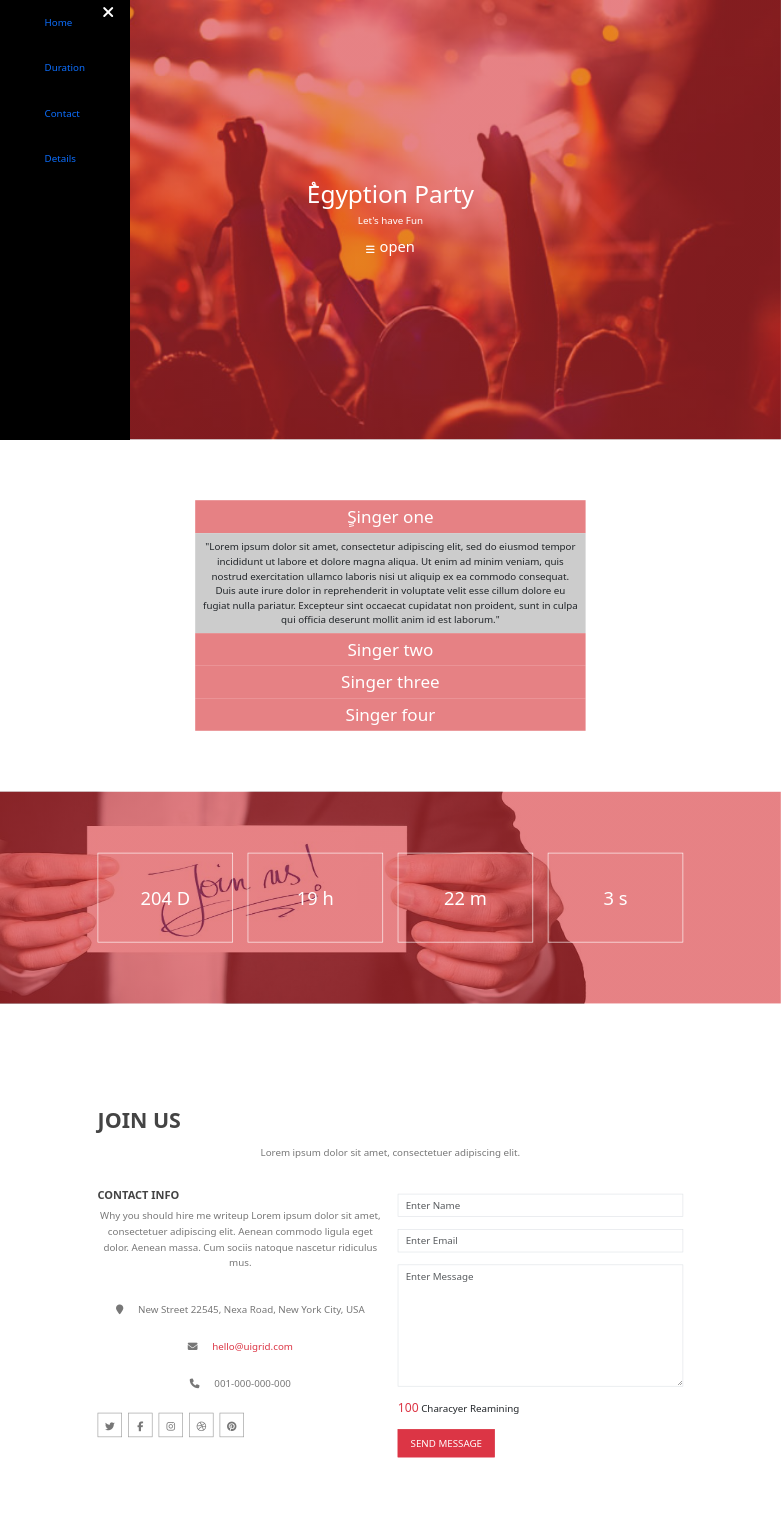
Repository: HagarYousry/jQuery
Page: index.html
These files come from the project's save history. The page is drawn as it stood at one moment and after a run of saves; the edit follows.
The browser window is 1280 px wide. The pictures show the whole page, at 61% of full size.

Above is the page before, as saved 2024-07-25 18:24:28.

### index.html
<!DOCTYPE html>
<html lang="en">

<head>
    <meta charset="UTF-8">
    <meta name="viewport" content="width=device-width, initial-scale=1.0">
    <title>Egyption party</title>
    <!-- web fonts  -->
    <link rel="stylesheet" href="css/all.min.css">
    <!-- bootstrap -->
    <link rel="stylesheet" href="css/bootstrap.min.css">
    <!-- main css -->
    <link rel="stylesheet" href="css/main.css">
</head>

<body>
    <div id="home">

            <div id="sideNav" class="bg-black">
                <ul class="list-unstyled px-5">
                    <li class="p-0 closeIcon">
                        <i class="fa-solid fa-xmark "></i>
                    </li>
                     <li ><a class="text-decoration-none sideNav-link mt-2" href="#home">Home</a></li>
                     <li ><a class="text-decoration-none sideNav-link" href="#Acordion">Duration</a></li>
                     <li ><a class="text-decoration-none sideNav-link" href="#contact">Contact</a></li>
                     <li ><a class="text-decoration-none sideNav-link" href="#count">Details</a></li>
                </ul>
            </div>

            <div class="home-title d-flex justify-content-center align-items-center flex-column vh-100 text-white">
                <h1>ُEgyption Party</h1>
                <p>Let's have Fun</p>
                <span class="d-flex align-items-center">
                    <i class=" fa-solid fa-bars"></i>
                    <h4 class="ms-2">open</h4>
                </span>
            </div>


    </div>










    <!-- ! start sideNav section -->
    <!-- <section id="sideNav">
        <div class="navAnchor bg-black">
            <ul>
                <li class="p-0 closeIcon">
                    <i class="fa-solid fa-xmark "></i>
                </li>
                 <li ><a class="sideNav-link" href="#home">Home</a></li>
                 <li ><a class="sideNav-link" href="#Acordion">Duration</a></li>
                 <li ><a class="sideNav-link" href="#contact">Contact</a></li>
                 <li ><a class="sideNav-link" href="#count">Details</a></li>
            </ul>
        </div>

        <div class="navIcon align-self-center bg-danger bg-opacity-50 m-1 text-white p-2">
            <div class="navIcon-content d-flex align-items-center">
                <i class="fa-solid fa-bars"></i>
                <h4 class="ms-2">open</h4>
            </div>
        </div>
    </section> -->
    <!--! end sideNav section -->

    <!--! start header section  -->
    <!-- <header id="home" class="d-flex justify-content-center align-items-center flex-column">
        <div class="home-content text-center text-white">
            <h1>ُEgyption Party</h1>
            <p>Let's have Fun</p>
        </div>
    </header> -->
    <!--! end header section  -->

    <!-- start Acordion section  -->
    <section id="Acordion" class="text-center">

        <div class="container-fluid w-50 ">
            <h3 class="toggle ">ٍSinger one</h3>
            <div class="inner first">"Lorem ipsum dolor sit amet, consectetur adipiscing elit, sed do eiusmod tempor
                incididunt ut labore et dolore magna aliqua. Ut enim ad minim veniam, quis nostrud exercitation ullamco
                laboris nisi ut aliquip ex ea commodo consequat. Duis aute irure dolor in reprehenderit in voluptate
                velit
                esse cillum dolore eu fugiat nulla pariatur. Excepteur sint occaecat cupidatat non proident, sunt in
                culpa
                qui officia deserunt mollit anim id est laborum."
            </div>


            <h3 class="toggle">Singer two</h3>
            <div class="inner">"Sed ut perspiciatis unde omnis iste natus error sit voluptatem accusantium doloremque
                laudantium, totam rem aperiam, eaque ipsa quae ab illo inventore veritatis et quasi architecto beatae
                vitae
                dicta sunt explicabo. Nemo enim ipsam voluptatem quia voluptas sit aspernatur aut odit aut fugit, sed
                quia
                consequuntur magni dolores eos qui ratione voluptatem sequi nesciunt. Neque porro quisquam est, qui
                dolorem
                ipsum quia dolor sit amet, consectetur, adipisci velit, sed quia non numquam eius modi tempora incidunt
                ut
                labore et dolore magnam aliquam quaerat voluptatem. Ut enim ad minima veniam, quis nostrum
                exercitationem
                ullam corporis suscipit laboriosam, nisi ut aliquid ex ea commodi consequatur? Quis autem vel eum iure
                reprehenderit qui in ea voluptate velit esse quam nihil molestiae consequatur, vel illum qui dolorem eum
                fugiat quo voluptas nulla pariatur?"
            </div>


            <h3 class="toggle">Singer three</h3>
            <div class="inner">"But I must explain to you how all this mistaken idea of denouncing pleasure and praising
                pain was born and I will give you a complete account of the system, and expound the actual teachings of
                the
                great explorer of the truth, the master-builder of human happiness. No one rejects, dislikes, or avoids
                pleasure itself, because it is pleasure, but because those who do not know how to pursue pleasure
                rationally
                encounter consequences that are extremely painful. Nor again is there anyone who loves or pursues or
                desires
                to obtain pain of itself, because it is pain, but because occasionally circumstances occur in which toil
                and
                pain can procure him some great pleasure. To take a trivial example, which of us ever undertakes
                laborious
                physical exercise, except to obtain some advantage from it? But who has any right to find fault with a
                man
                who chooses to enjoy a pleasure that has no annoying consequences, or one who avoids a pain that
                produces no
                resultant pleasure?"
            </div>


            <h3 class="toggle">Singer four</h3>
            <div class="inner">"At vero eos et accusamus et iusto odio dignissimos ducimus qui blanditiis praesentium
                voluptatum deleniti atque corrupti quos dolores et quas molestias excepturi sint occaecati cupiditate
                non
                provident, similique sunt in culpa qui officia deserunt mollitia animi, id est laborum et dolorum fuga.
                Et
                harum quidem rerum facilis est et expedita distinctio. Nam libero tempore, cum soluta nobis est eligendi
                optio cumque nihil impedit quo minus id quod maxime placeat facere possimus, omnis voluptas assumenda
                est,
                omnis dolor repellendus. Temporibus autem quibusdam et aut officiis debitis aut rerum necessitatibus
                saepe
                eveniet ut et voluptates repudiandae sint et molestiae non recusandae. Itaque earum rerum hic tenetur a
                sapiente delectus, ut aut reiciendis voluptatibus maiores alias consequatur aut perferendis doloribus
                asperiores repellat."

            </div>

        </div>
    </section>
    <!-- end Acordion section  -->

    <!-- start count section  -->
    <section id="count">
        <div class="container-fluid w-75 text-center text-white">
            <div class="row">
                <div class="col-md-3">
                    <div class="time">
                        <span class="days">00</span>
                    </div>
                </div>

                <div class="col-md-3">
                    <div class="time">
                        <span class="hours">00</span>
                    </div>
                </div>

                <div class="col-md-3">
                    <div class="time">
                        <span class="minutes">00</span>
                    </div>
                </div>

                <div class="col-md-3">
                    <div class="time">
                        <span class="seconds">00</span>
                    </div>
                </div>

            </div>
        </div>
    </section>
    <!-- end count section  -->

    <!-- start contact-us section  -->
    <section id="contact">
        <div class="container-fluid w-75">
            <div class="head">
                <h2 class="text-uppercase fw-bold">Join Us</h2>
                <p class="text-center">Lorem ipsum dolor sit amet, consectetuer adipiscing elit.</p>
            </div>
            <div class="row mt-5">
                <div class="col-md-6">
                    <div class="col-info">
                        <h3 class="text-uppercase">CONTACT INFO</h3>
                        <p class="text-center">Why you should hire me writeup Lorem ipsum dolor sit amet, consectetuer
                            adipiscing elit.
                            Aenean commodo ligula eget dolor. Aenean massa. Cum sociis natoque nascetur ridiculus mus.
                        </p>

                        <div class="icons text-center">
                            <p><i class="fa fa-map-marker"></i> New Street 22545, Nexa Road, New York City, USA</p>

                            <p class="text-danger"><i class="fa fa-envelope"></i> hello@uigrid.com</p>
                            <p><i class="fa fa-phone"></i> 001-000-000-000</p>
                        </div>

                        <div class="social d-flex align-items-center">

                            <i class="fab fa-twitter fa-fw"></i>
                            <i class="fab fa-facebook-f fa-fw"></i>
                            <i class="fab fa-instagram fa-fw"></i>
                            <i class="fab fa-dribbble fa-fw"></i>
                            <i class="fab fa-pinterest fa-fw"></i>

                        </div>
                    </div>
                </div>

                <div class="col-md-6">
                    <form>

                        <input class="form-control mt-2" type="text" placeholder="Enter Name">
                        <input class="form-control" type="email" placeholder="Enter Email">
                        <textarea class="form-control " placeholder="Enter Message"></textarea>
                        <span id="chars" class="text-danger">100</span> Characyer Reamining
                        <button class="btn btn-danger text-uppercase">Send Message</button>

                    </form>
                </div>
            </div>
        </div>
    </section>
    <!-- end contact-us section  -->


    <!-- jquery  -->
    <script src="js/jquery-3.7.1.min.js"></script>
    <!-- index js  -->
    <script src="js/index.js"></script>


</body>

</html>

### css/main.css
#home{
    height: 100vh;
    background-image: linear-gradient(rgba(214, 46, 51, 0.6), rgba(214, 46, 51, 0.6)),
        url(../imgs/events-heavenly-header.jpg);
    background-position: center;
    background-size: cover;
    background-repeat: no-repeat;
}

#sideNav {
    position: fixed;
    top: 0;
    bottom: 0;
    left: 0;
    display: flex;
    z-index: 9999;
}

#sideNav ul li {
    padding: 25px;
    list-style: none;
    cursor: pointer;
}

.closeIcon {
    position: absolute;
    top: 0;
    right: 25px;
    font-size: 26px;
    margin-left: 50px;
    color: white;
    padding-bottom: 10px;
}




/* #sideNav {
    position: fixed;
    top: 0;
    bottom: 0;
    left: 0;
    display: flex;
    z-index: 9999;
}

#sideNav .navAnchor {
    padding: 40px 0 0 0;
    position: relative;
}

#sideNav .navAnchor ul {
    padding: 0 20px 0 20px;
}

#sideNav .navAnchor ul li {
    padding: 25px;
    list-style: none;
    cursor: pointer;
}

#sideNav .navAnchor ul li:hover a {
    color: rgba(214, 46, 51, 0.4);
}

#sideNav .navAnchor ul li a {
    text-decoration: none;
    font-size: 25px;
    color: white;
    transition: 0.3s all;
}


.closeIcon {
    position: absolute;
    top: 0;
    right: 25px;
    font-size: 26px;
    margin-left: 50px;
    color: white;
}

.navIcon {
    border-radius: 20px 20px;
}

.navIcon i,
.navIcon h4 {
    font-size: 30px;
    cursor: pointer;
}

@media (max-width: 991.98px) {
    .navIcon {
        align-self: flex-start !important;
    }

    .navIcon .navIcon-content {
        flex-direction: column;
    }
}


header {
    height: 100vh;
    background-image: linear-gradient(rgba(214, 46, 51, 0.6), rgba(214, 46, 51, 0.6)),
        url(../imgs/events-heavenly-header.jpg);
    background-position: center;
    background-size: cover;
    background-repeat: no-repeat;
}

header h1 {
    font-size: 60px;
} */



/* start Acordion section  */
#Acordion {
    padding: 100px auto;
}

.toggle {
    background-color: rgba(214, 46, 51, 0.6);
    cursor: pointer;
    color: white;
    padding: 10px;
    margin: 0px;
}

.inner {
    background-color: rgb(204, 204, 204);
    display: none;
    padding: 10px;
}

#Acordion .first {
    display: block;
}

/* end Acordion section  */

/* start count section  */

#count {
    background-image: linear-gradient(rgba(214, 46, 51, 0.6), rgba(214, 46, 51, 0.6)), url(../imgs/invitation-2508607__340.jpg);
    background-repeat: no-repeat;
    background-position: center center;
    background-size: 100% 100%;
    position: relative;
}

.container-fluid {
    padding: 100px 0px;
}

.time {
    padding: 50px;
    border: 1px solid #FFF;
    font-weight: 500;
    font-size: 30px;
}

/* end count section  */

/* start contact-us section  */
#contact {
    margin-top: 70px;
}

#contact .head h2 {
    font-size: 35px;
    color: #444;
    margin-bottom: 20px;
}

#contact .head p {
    color: #777;
    font-weight: 300;
    font-size: 16px;
}

#contact .col-md-6 .col-info .icons {
    margin-top: 50px;
}

#contact .col-md-6 .col-info .icons p {
    margin-bottom: 35px;
}

#contact .col-md-6 .col-info h3 {
    color: #444;
    font-size: 18px;
    font-weight: 900;
}

#contact .col-md-6 .col-info p {
    font-size: 16px;
    line-height: 26px;
    color: #777;
}

#contact i {
    margin-right: 20px;
    color: #777;
}

#contact .col-md-6 .col-info .social i {
    margin-right: 10px;
    border: 1px solid #999;
    width: 40px;
    height: 40px;
    line-height: 42px;
    cursor: pointer;
    text-align: center;
    transition: 0.5s all;
}

#contact .col-md-6 .col-info .social i:hover {
    color: #fff;
    background-color: #D62E33;
    border: 1px solid #D62E33;
}

#contact .col-md-6 form input,
#contact .col-md-6 form textarea {
    margin-bottom: 20px;
    border-radius: 0;
}

#contact .col-md-6 form textarea {
    height: 200px;
    resize: vertical;
}

#contact .col-md-6 form button {
    padding: 10px 20px;
    border-radius: 0;
    margin-top: 20px;
    display: block;
}

#contact .col-md-6 form #chars {
    font-size: 20px;
}
/* end contact-us section  */

### js/index.js
/// <reference types="../@types/jquery"/>

// start sideNav section

const navAnchorwidth = $('.navAnchor').outerWidth(true);

// console.log(navAnchorwidth);

//! first: Close sideNav
$('#sideNav')
    .animate({ left: -navAnchorwidth }, 0);

let isOpen = false

//! second: on click "navIcon" ,toggle open & close sideNav
$('#sideNav .navIcon')
    .on('click', function () {
        let status;
        // = isOpen ? -navAnchorwidth : 0;
        if (isOpen) {
            status = -navAnchorwidth
            $('.home-content').animate({ marginLeft: 0 }, 1000)
        } else {
            status = 0
            $('.home-content').animate({ marginLeft: navAnchorwidth }, 1000)
        }
        isOpen = !isOpen;

        $(this).parent()
            .animate({ left: status }, 1000)

    })

//! closeIcon
$('.closeIcon')
    .on('click', function () {
        isOpen = !isOpen;
        $('#sideNav')
            .animate({ left: -navAnchorwidth }, 1000);
        $('.home-content').animate({ marginLeft: 0 }, 1000)
    })


//! scroll to sections
$('.sideNav-link[href^="#"]')
    .on('click', function () {
        const sectionId = $(this).attr('href');
        // console.log(section);
        //! get section top
        const sectionTop = $(sectionId).offset().top;
        // console.log(top);
        $('html , body')
            .animate({ scrollTop: sectionTop }, 2000)
    })

// end sideNav section

// start Acordion section
//! slideToggle effect
$('#Acordion .toggle').on('click', function () {
    //! slide up all inner except the one i clicked on
    $('.inner').not($(this).next()).slideUp(500);
    //! slide toggle
    $(this).next().slideToggle(500);
});
// end Acordion section

//start count section
$(window).on('load', function () {
    countDownTime("24 january 2025 00:00:00");
})


function countDownTime(countTo) {

    //! get countTo date
    let futureDate = new Date(countTo);
    futureDate = (futureDate.getTime() / 1000);
    // console.log(futureDate);

    //! get current date
    let now = new Date();
    // console.log(now);
    now = (now.getTime() / 1000);

    //! get the difference between current date and countTo date by sec
    timeDifference = (futureDate - now);

    //?(24 * 60 * 60) ==> num. of sec in day ==> 86400
    let days = Math.floor(timeDifference / 86400);
    let hours = Math.floor((timeDifference - (days * 86400)) / 3600);
    let mins = Math.floor((timeDifference - (days * 86400) - (hours * 3600)) / 60);
    let secs = Math.floor((timeDifference - (days * 86400) - (hours * 3600) - (mins * 60)))


    $(".days").html(`${days} D`);
    $(".hours").html(`${hours} h`);
    $(".minutes").html(`${mins} m`);
    $('.seconds').html(`${secs} s`)

    //! Repeating the Countdown Every Second
    setInterval(function () {
        countDownTime(countTo);
    }, 1000);
}
//end count section

//start contact-us section
let maxLength = 100;
$('textarea').on('keyup', function () {
    //! val as getter ==> lenght
    let length = $(this).val().length;
    // console.log(length);
    let AmountLeft = maxLength - length;
    console.log(AmountLeft);
    if (AmountLeft <= 0) {
        $("#chars").text("your available characters finished");
    }
    else {
        $("#chars").text(AmountLeft);
    }
});
//end contact-us section

Loaded but not shown: css/all.min.css (library); css/bootstrap.min.css (library); js/jquery-3.7.1.min.js (library)

After the next 4 saves:
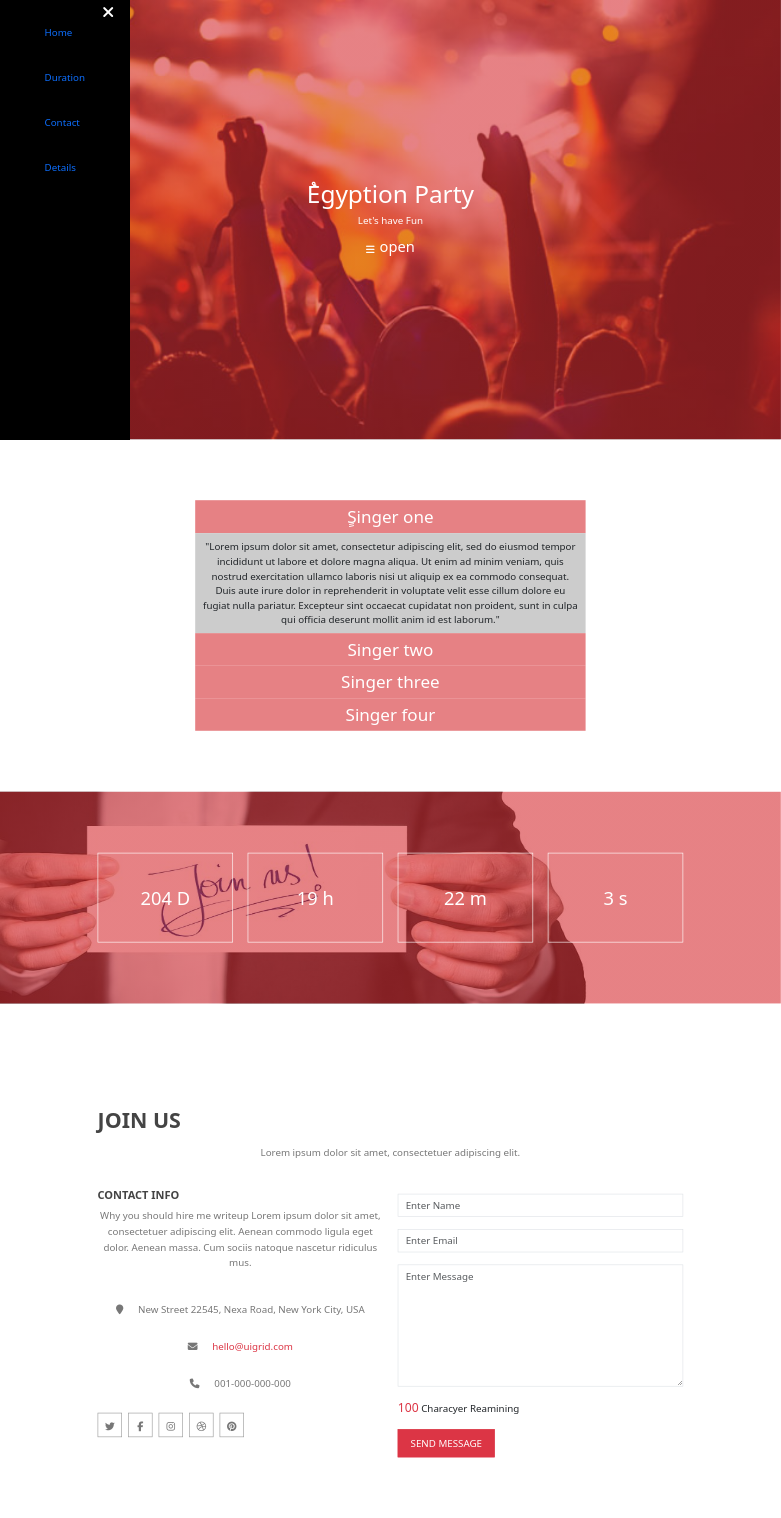
The 4 saves are shown as one change because they came seconds apart.
The last was saved 21 s later.
--- a/index.html
+++ b/index.html
@@ -17,7 +17,7 @@
     <div id="home">
 
             <div id="sideNav" class="bg-black">
-                <ul class="list-unstyled px-5">
+                <ul class="list-unstyled px-5 py-3">
                     <li class="p-0 closeIcon">
                         <i class="fa-solid fa-xmark "></i>
                     </li>
